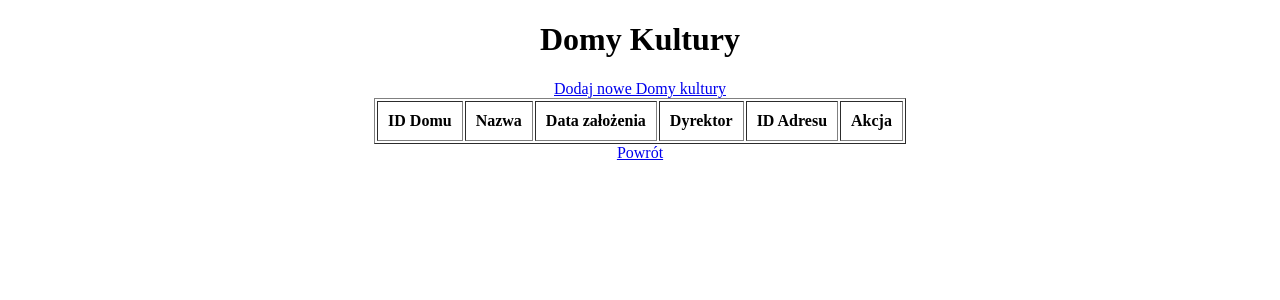
Repository: marcinRuta/houseOfCulture-crud-webapp-database
Page: http://localhost/domy_kultury
These files come from the project's save history. The page is drawn as it stood at one moment and after the next save; the edit follows.
The browser window is 1280 px wide. The pictures show the whole page.
The page is this project's Thymeleaf template; nobody is signed in. The template is opened directly, without the code that normally fills it, so the values that code supplies are empty.

Above is the page before, as saved 2021-01-07 11:53:14.

After the next save:
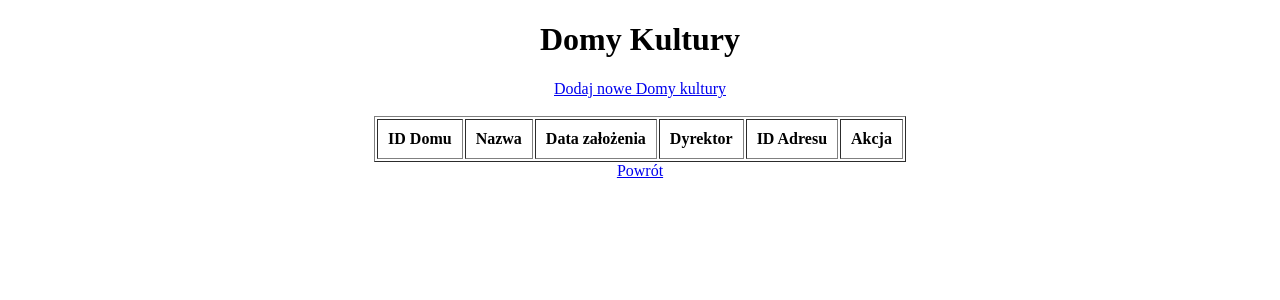
Saved 59 s later.
--- a/DomKultury/src/main/resources/templates/domy_kultury.html
+++ b/DomKultury/src/main/resources/templates/domy_kultury.html
@@ -16,6 +16,9 @@
 
 			<!-- Entry to a new page -->
 			<a href="/newDK">Dodaj nowe Domy kultury</a>
+
+			<!-- Break line -->
+			<br/><br/>
 
 			<!-- Table header -->
 			<thead>
